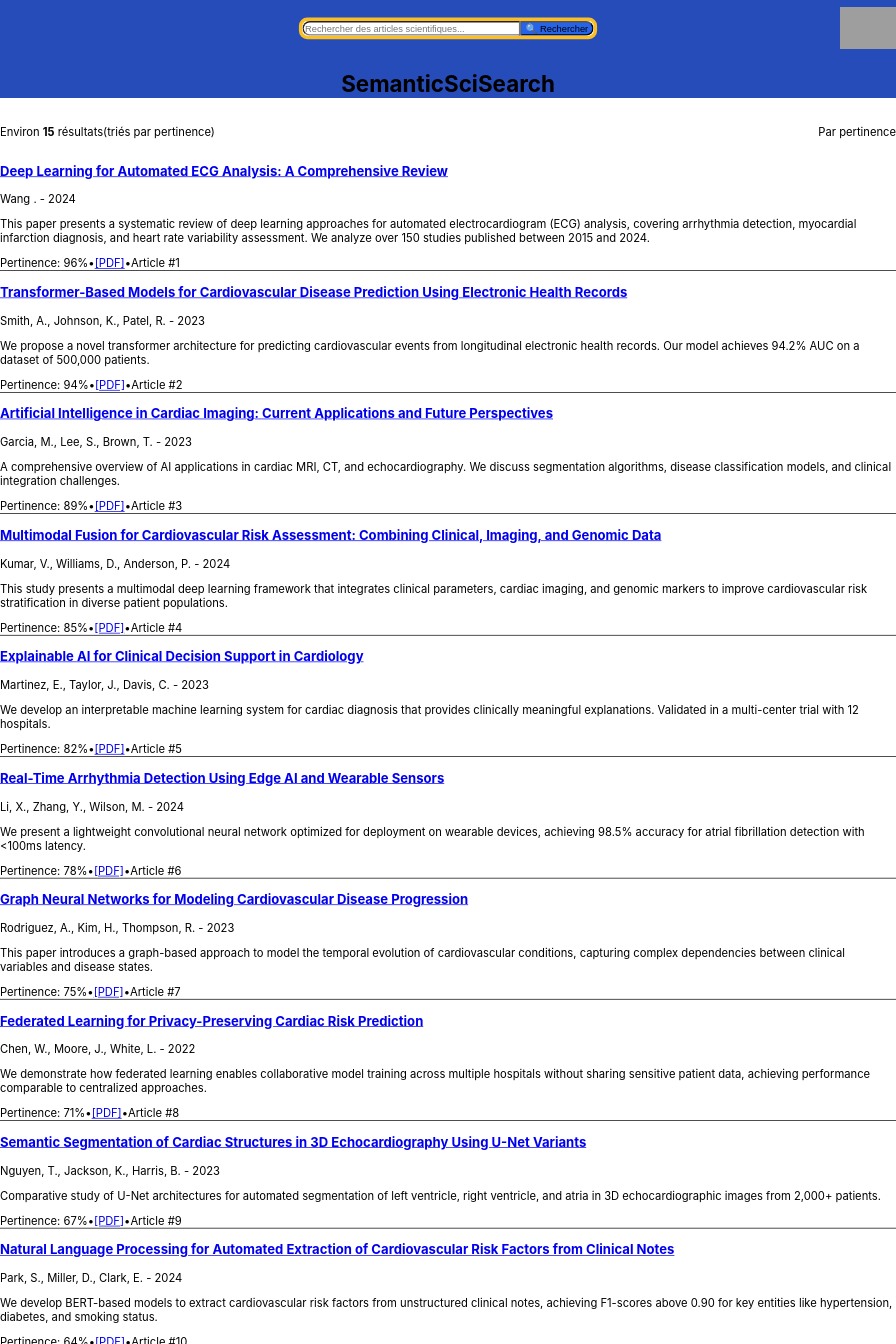
Repository: elh33/SemanticSciSearch
Page: / (app in frontend/)
The author's editor kept a copy of each file at every save. The page is drawn from the files as they stood at one save, then again after the next save.
The browser window is 1280 px wide. The pictures show the part of the page from y = 0 to 1920 px (the page is 2736 px tall), at 70% of full size.
Pictures or frames that could not be fetched are drawn as grey boxes. The project was rebuilt for these pictures with package versions that can differ from the ones it lists, and the page was loaded fresh each time.

Above is the page before, as saved 2025-11-21 22:45:06.

After the next save:
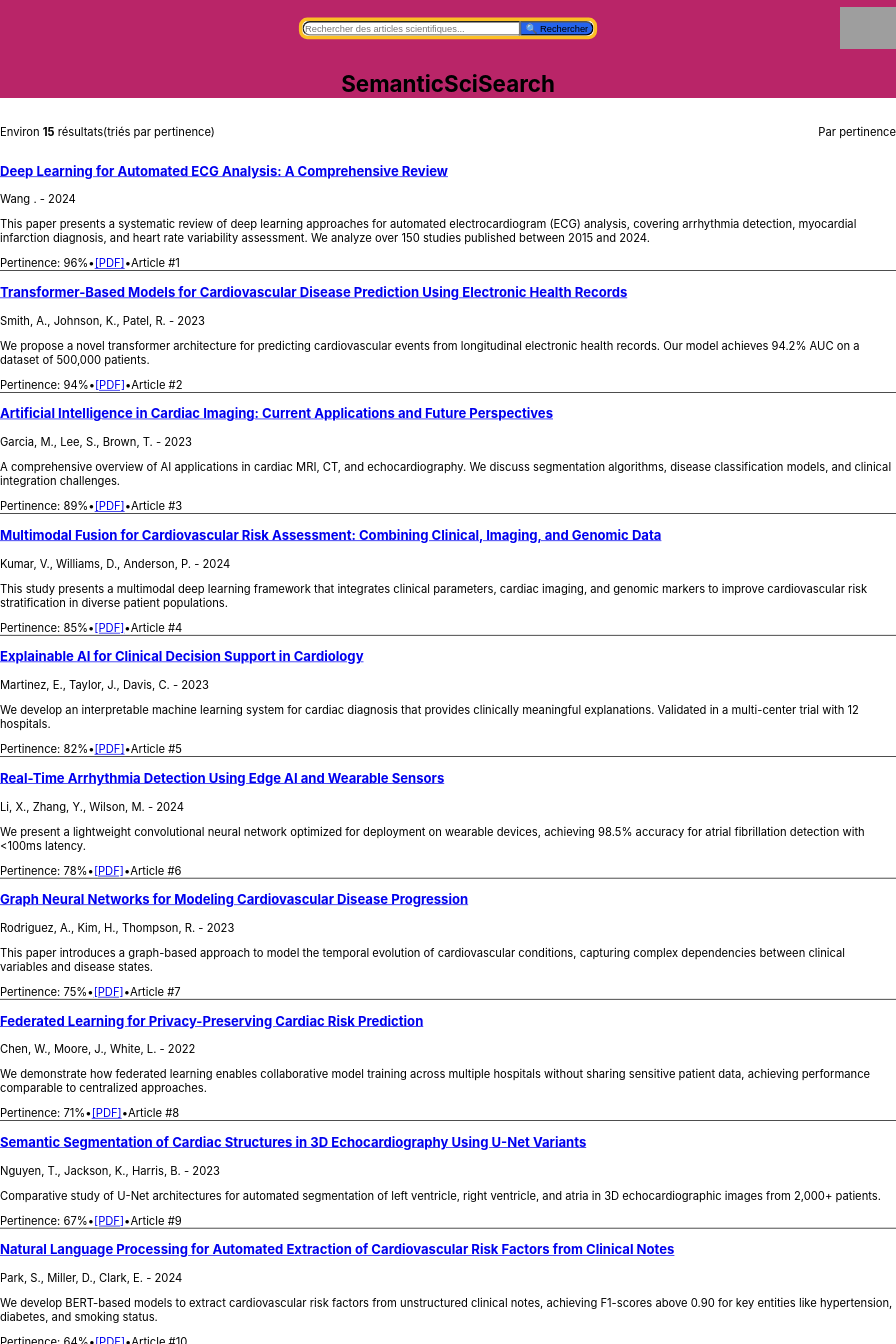
Saved 16 s later.
--- a/frontend/src/components/SearchResults.tsx
+++ b/frontend/src/components/SearchResults.tsx
@@ -39,7 +39,7 @@ const SearchResults: React.FC = () => {
   return (
     <div className="min-h-screen bg-white">
       {/* En-tête avec fond bleu foncé - GRANDE BARRE */}
-      <div style={{ backgroundColor: '#254cb9ff' }} className="sticky top-0 z-10 shadow-lg py-8">
+      <div style={{ backgroundColor: '#b92568ff' }} className="sticky top-0 z-10 shadow-lg py-8">
         <div className="max-w-7xl mx-auto px-4">
           <div className="flex items-center justify-between gap-6">
             {/* Espace vide à gauche pour centrer la barre */}
